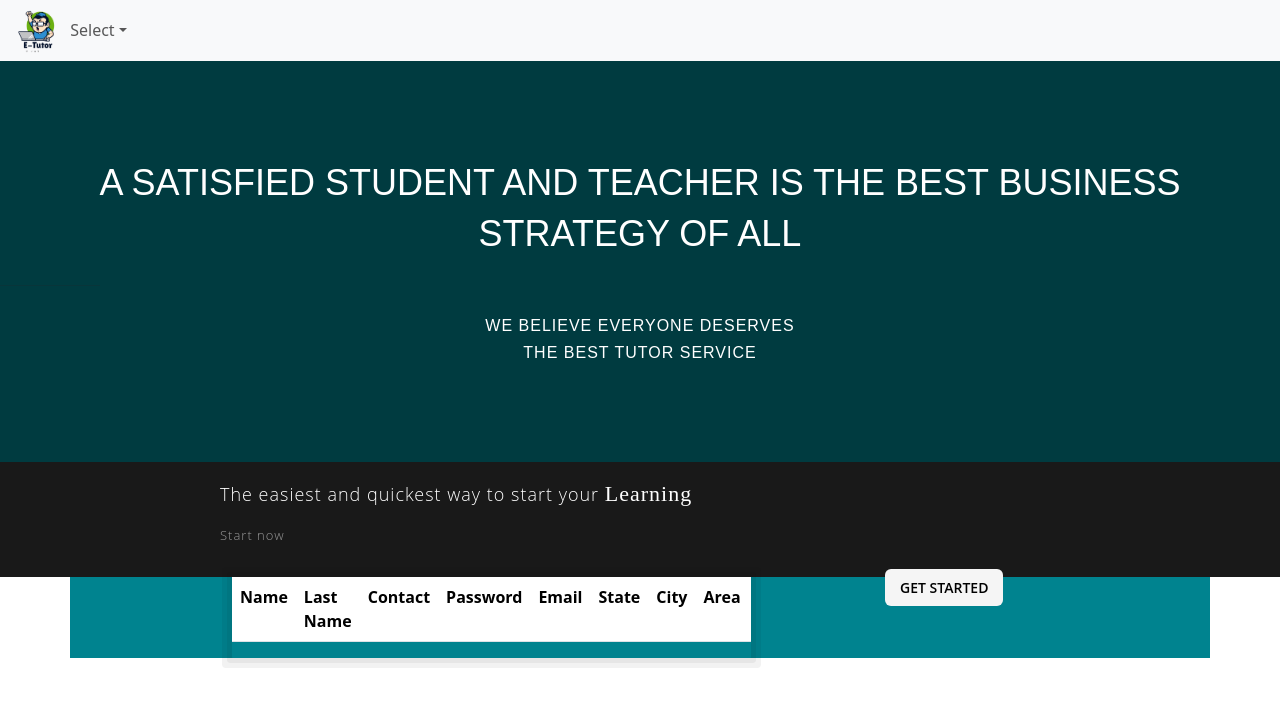
Repository: shailesh89-art/E-tutor-springboot-hibernate
Page: http://localhost/TUTOR_INVENTOR_1/pages/parent_Admin_edit.jsp
The author's editor kept a copy of each file at every save. The page is drawn from the files as they stood at one save, then again after the next save.
The browser window is 1280 px wide. The pictures show the whole page.
Some web libraries are served in a nearby version. The page is served by Tomcat 9. Other server files are loaded and not shown. The template is opened directly, without the code that normally fills it, so the values that code supplies are empty.

Above is the page before, as saved 2023-05-03 14:22:15.

### TUTOR_INVENTOR_1/src/main/webapp/pages/parent_Admin_edit.jsp
<%@ taglib uri="http://www.springframework.org/tags/form" prefix="form"%> <%@ taglib uri="http://java.sun.com/jsp/jstl/core" prefix="c"%>
<!doctype html>
<html lang="en">
  <head>
    <!-- Required meta tags -->
    <meta charset="utf-8">
    <meta name="viewport" content="width=device-width, initial-scale=1, shrink-to-fit=no">

    <!-- Bootstrap CSS -->
      <link href="https://cdn.jsdelivr.net/npm/bootstrap@5.3.0-alpha1/dist/css/bootstrap.min.css" rel="stylesheet" integrity="sha384-GLhlTQ8iRABdZLl6O3oVMWSktQOp6b7In1Zl3/Jr59b6EGGoI1aFkw7cmDA6j6gD" crossorigin="anonymous">
    <script src="https://cdn.jsdelivr.net/npm/bootstrap@5.3.0-alpha1/dist/js/bootstrap.bundle.min.js" integrity="sha384-w76AqPfDkMBDXo30jS1Sgez6pr3x5MlQ1ZAGC+nuZB+EYdgRZgiwxhTBTkF7CXvN" crossorigin="anonymous"></script>
    <link rel="stylesheet" href="https://cdnjs.cloudflare.com/ajax/libs/font-awesome/4.7.0/css/font-awesome.min.css">
    <link rel="icon" type="image/x-icon" href="Assets/imgs/Screenshot_(160)-transformed (1)-fotor-bg-remover-20230423203452.png" >
      <title>Parent Admin</title>
    <style>




     .banner {

            background-size: cover;
            background-repeat: no-repeat;
            background-position: center center;
            width: 100%;
            height: 100%;
              background-color: #00838F;
        }

        .banner .opacity_overlay {
            height: 100%;
            width: 100%;
            background: rgba(0, 0, 0, 0.55);
            padding-top: 100px;
        }

        .banner .opacity_overlay .info {
            text-align: center;
            font-family: 'Montserrat', sans-serif;
        }

        .banner .opacity_overlay .info h2 {
            color: #fff;
            text-transform: uppercase;
            font-size: 36px;
        }

        .banner .opacity_overlay .info hr {
            width: 100px;
            margin-top: 30px;
            margin-bottom: 30px;
        }

        .banner .opacity_overlay .info h3 {
            color: #fff;
            text-transform: uppercase;
            font-size: 16px;
            letter-spacing: 1px;
        }

        .banner .opacity_overlay .secondary_layer {
            background: #191919;
            margin-top: 100px;
            padding-top: 15px;
            padding-bottom: 15px;
            font-family: "Open Sans", Arial, sans-serif;
        }

        .banner .opacity_overlay .secondary_layer .msg {
            font-size: 18px;
            color: #fff;
            font-weight: 300;
            letter-spacing: 1px;
        }

        .banner .opacity_overlay .secondary_layer .msg span {
            font-family: "Shadows Into Light", cursive;
            font-size: 22px;
        }

        .banner .opacity_overlay .secondary_layer .quote {
            font-size: 13px;
            color: #999;
            font-weight: 300;
            letter-spacing: 1px;
        }

        .banner .opacity_overlay .secondary_layer .btn {
            text-decoration: none;
            color: #000;
        }

        .banner .opacity_overlay .secondary_layer .btn button {
            background: #F5F5F5;
            border: none;
            border-radius: 6px;
            padding: 8px 15px;
            text-transform: uppercase;
            font-weight: 600;
            font-size: 14px;
            outline: none;
            transition: background-color 0.2s ease;
        }

        .banner .opacity_overlay .secondary_layer .btn button:hover {
            background: #000;
            color: #fff;
        }

        /* Font size change on browser resize */

        @media screen and (max-width: 991px) {
        .banner .opacity_overlay .info h2 {
            font-size: 30px;
        }
        }

        @media screen and (max-width: 768px) {
        .banner .opacity_overlay .info h2 {
            font-size: 26px;
        }
        }

        @media screen and (max-width: 631px) {
        .banner .opacity_overlay .info h2 {
            font-size: 22px;
        }
        }

        @media screen and (max-width: 534px) {
        .banner .opacity_overlay .info h2 {
            font-size: 20px;
        }
        }

        @media screen and (max-width: 991px) {
        .banner .opacity_overlay .info h3 {
            font-size: 12px;
        }
        }

        @media screen and (max-width: 534px) {
        .banner .opacity_overlay .info h3 {
            font-size: 10px;
        }
        }

        @media screen and (max-width: 768px) {
        .banner .opacity_overlay .secondary_layer .msg {
            font-size: 16px;
        }
        }

        @media screen and (max-width: 534px) {
        .banner .opacity_overlay .secondary_layer .msg {
            font-size: 13px;
        }
        }

        @media screen and (max-width: 768px) {
        .banner .opacity_overlay .secondary_layer .msg span {
            font-size: 18px;
        }
        }

        @media screen and (max-width: 534px) {
        .banner .opacity_overlay .secondary_layer .msg span {
            font-size: 16px;
        }
        }
        /*search button*/




        .advanced{

            text-decoration: none;
            font-size: 15px;
            font-weight: 500;
        }


        .btn-secondary,
        .btn-secondary:focus,
        .btn-secondary:active


         {
            color: #fff;
            background-color: #00838f !important;
            border-color: #00838f !important;
            box-shadow: none;
        }


        .advanced{

            color: #00838f !important;
        }




   #tab{
   	background-color:#00838F;
   }

 .demo{ font-family: 'Noto Sans', sans-serif; }
.panel{
    background: #00838F;
    padding: 0;
    border-radius: 1px;
    border: none;
    box-shadow: 0 0 0 5px rgba(0,0,0,0.05),0 0 0 10px rgba(0,0,0,0.05);
}
.panel .panel-heading{
    padding: 20px 15px;
    border-radius: 10px 10px 0 0;
    margin: 0;
}
.panel .panel-heading .title{
    color: #fff;
    font-size: 28px;
    font-weight: 500;
    text-transform: capitalize;
    line-height: 40px;
    margin: 0;
}
.panel .panel-heading .btn{
    color: rgba(255,255,255,0.5);
    background: transparent;
    font-size: 16px;
    text-transform: capitalize;
    border: 2px solid #fff;
    border-radius: 50px;
    transition: all 0.3s ease 0s;
}
.panel .panel-heading .btn:hover{
    color: #fff;
    text-shadow: 3px 3px rgba(255,255,255,0.2);
}
.panel .panel-heading .form-control{
    color: #fff;
    background-color: transparent;
    width: 35%;
    height: 40px;
    border: 2px solid #fff;
    border-radius: 20px;
    display: inline-block;
    transition: all 0.3s ease 0s;
}
.panel .panel-heading .form-control:focus{
    background-color: rgba(255,255,255,0.2);
    box-shadow: none;
    outline: none;
}
.panel .panel-heading .form-control::placeholder{
    color: rgba(255,255,255,0.5);
    font-size: 15px;
    font-weight: 500;
}
.panel .panel-body{ padding: 0; }
.panel .panel-body .table thead tr th{
    color: #fff;
    background-color: rgba(255, 255, 255, 0.2);
    font-size: 16px;
    font-weight: 500;
    text-transform: uppercase;
    padding: 12px;
    border: none;
}
.panel .panel-body .table tbody tr td{
    color: #fff;
    font-size: 15px;
    padding: 10px 12px;
    vertical-align: middle;
    border: none;
}
.panel .panel-body .table tbody tr:nth-child(even){ background-color: rgba(255,255,255,0.05); }
.panel .panel-body .table tbody .action-list{
    padding: 0;
    margin: 0;
    list-style: none;
}
.panel .panel-body .table tbody .action-list li{
    display: inline-block;
    margin: 0 5px;
}
.panel .panel-body .table tbody .action-list li a{
    color: #fff;
    font-size: 15px;
    position: relative;
    z-index: 1;
    transition: all 0.3s ease 0s;
}
.panel .panel-body .table tbody .action-list li a:hover{ text-shadow: 3px 3px 0 rgba(255,255,255,0.3); }
.panel .panel-body .table tbody .action-list li a:before,
.panel .panel-body .table tbody .action-list li a:after{
    content: attr(data-tip);
    color: #fff;
    background-color: #111;
    font-size: 12px;
    padding: 5px 7px;
    border-radius: 4px;
    text-transform: capitalize;
    display: none;
    transform: translateX(-50%);
    position: absolute;
    left: 50%;
    top: -32px;
    transition: all 0.3s ease 0s;
}
.panel .panel-body .table tbody .action-list li a:after{
    content: '';
    height: 15px;
    width: 15px;
    padding: 0;
    border-radius: 0;
    transform: translateX(-50%) rotate(45deg);
    top: -18px;
    z-index: -1;
}
.panel .panel-body .table tbody .action-list li a:hover:before,
.panel .panel-body .table tbody .action-list li a:hover:after{
    display: block;
}
.panel .panel-footer{
    color: #fff;
    background-color: transparent;
    padding: 15px;
    border: none;
}
.panel .panel-footer .col{ line-height: 35px; }
.pagination{ margin: 0; }
.pagination li a{
    color: #fff;
    background-color: transparent;
    border: 2px solid transparent;
    font-size: 18px;
    font-weight: 500;
    text-align: center;
    line-height: 31px;
    width: 35px;
    height: 35px;
    padding: 0;
    margin: 0 3px;
    border-radius: 50px;
    transition: all 0.3s ease 0s;
}
.pagination li a:hover{
    color: #fff;
    background-color: transparent;
    border-color: rgba(255,255,255,0.2);
}
.pagination li a:focus,
.pagination li.active a,
.pagination li.active a:hover{
    color: #fff;
    background-color: transparent;
    border-color: #fff;
}
.pagination li:first-child a,
.pagination li:last-child a{
    border-radius: 50%;
}
.container{


    padding-left:150px;

}
 #logo{
        width: 4%;
      }
@media only screen and (max-width:767px){
    .panel .panel-heading .title{
        text-align: center;
        margin: 0 0 10px;
    }
    .panel .panel-heading .btn_group{ text-align: center; }
    .container{

        padding: 45px;
    }
     #logo{
        width: 19%;
      }
      #tab{
   	background-color:#00838F;
   }
}







   }
    </style>
  </head>
  <body>
  <nav class="navbar navbar-expand-lg navbar-light bg-light">
        <div class="container-fluid">
           <img  id="logo" src="Assets/imgs/Screenshot_(160)-transformed (1)-fotor-bg-remover-20230423203452.png" alt="">
          <button class="navbar-toggler" type="button" data-bs-toggle="collapse" data-bs-target="#navbarColor03" aria-controls="navbarColor03" aria-expanded="false" aria-label="Toggle navigation">
            <span class="navbar-toggler-icon"></span>
          </button>
          <div class="collapse navbar-collapse" id="navbarColor03">
            <ul class="navbar-nav me-auto">

              <li class="nav-item dropdown">
                <a class="nav-link dropdown-toggle" data-bs-toggle="dropdown" href="#" role="button" aria-haspopup="true" aria-expanded="false">Select</a>
                <div class="dropdown-menu">
                  <a class="dropdown-item" href="ebook_list">book</a>

                  <a class="dropdown-item" href="/parentlogout">Log Out</a>
                  </div>
              </li>

            </ul>
          </div>
        </div>
      </nav>
      <div class="banner">
    	<div class="opacity_overlay">
    		<div class="info">
    			<h2>A satisfied Student and Teacher is the best business</h2>
    			<h2>strategy of all</h2>
    			<hr>
    			<h3>We believe everyone deserves</h3>
    			<h3>The best tutor service</h3>
    		</div>

    		<div class="secondary_layer">
    			<div class="container">
    				<div class="col-md-8 col-sm-6">
    					<p class="msg">The easiest and quickest way to start your <span>Learning</span></p>
    					<p class="quote">Start now</p>
    				</div>
    				<div class="col-md-4 col-sm-6 pull-right">
    					<a href="ebook_list" class="btn" ><button type="submit">Get Started</button></a>

    				</div>
    			</div>
    		</div>

    	</div>
    </div>


   <div class="container" id="tab">

    <div class="row">
        <div class="col-md-offset-1 col-md-10">
            <div class="panel">

                <div class="panel-body table-responsive">

<table class="table">
<tr>
<th>Name</th>
<th>Last Name</th>
<th>Contact</th>
<th>Password</th>
<th>Email</th>
<th>State</th>
<th>City</th>
<th>Area</th>
<th>Zip</th>
</tr>
<c:forEach  items="${parent}" var="e">
<tr>

<td>${e.fname}</td>
<td>${e.lname}</td>
<td>${e.contact}</td>
<td>${e.pass}</td>
<td>${e.email}</td>
<td>${e.state}</td>
<td>${e.city}</td>
<td>${e.area}</td>
<td>${e.zip}</td>
<td>

  <a href="edit_parent?id=${e.id}"><i class='fa fa-edit' style="color:blue"></i></a> |
          <a href="delete_parentfirst?id=${e.id}"><i class="fa fa-trash" style="color:blue"></i></a>
        </td>
</tr>
</c:forEach>
</table>
</div>
</div>
</div>
</div>
</div>

 <script src="https://code.jquery.com/jquery-3.2.1.slim.min.js" integrity="sha384-KJ3o2DKtIkvYIK3UENzmM7KCkRr/rE9/Qpg6aAZGJwFDMVNA/GpGFF93hXpG5KkN" crossorigin="anonymous"></script>
    <script src="https://cdn.jsdelivr.net/npm/popper.js@1.12.9/dist/umd/popper.min.js" integrity="sha384-ApNbgh9B+Y1QKtv3Rn7W3mgPxhU9K/ScQsAP7hUibX39j7fakFPskvXusvfa0b4Q" crossorigin="anonymous"></script>
    <script src="https://cdn.jsdelivr.net/npm/bootstrap@4.0.0/dist/js/bootstrap.min.js" integrity="sha384-JZR6Spejh4U02d8jOt6vLEHfe/JQGiRRSQQxSfFWpi1MquVdAyjUar5+76PVCmYl" crossorigin="anonymous"></script>
</body>

After the next save:
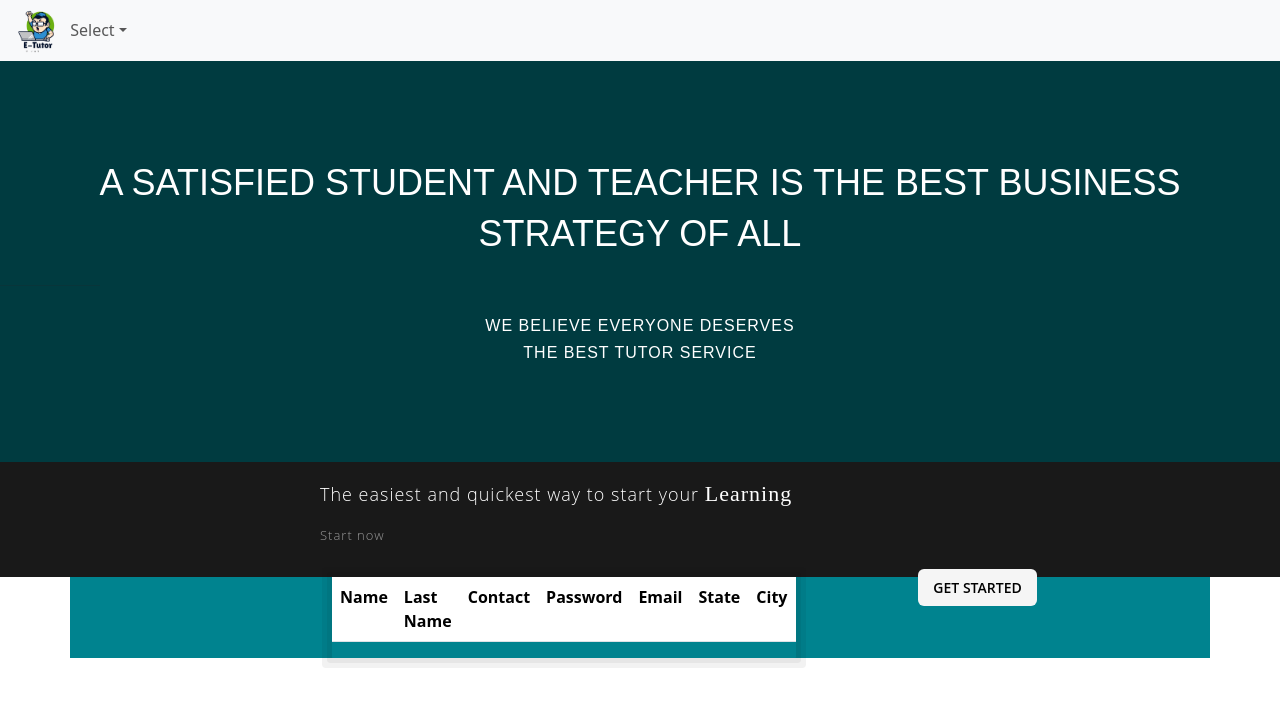
Saved 12 s later.
--- a/TUTOR_INVENTOR_1/src/main/webapp/pages/parent_Admin_edit.jsp
+++ b/TUTOR_INVENTOR_1/src/main/webapp/pages/parent_Admin_edit.jsp
@@ -367,7 +367,7 @@
 .container{
 
 
-    padding-left:150px;
+    padding-left:250px;
 
 }
  #logo{
